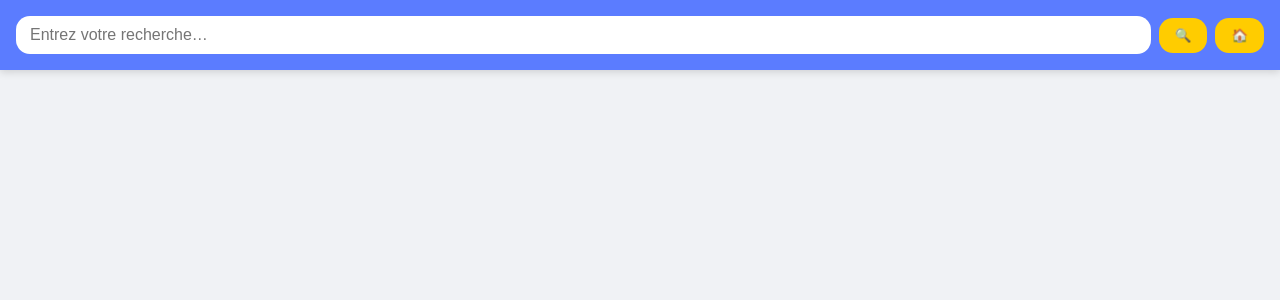
Repository: nlagardere/OpenHand
Page: apps/internet/internet.html
The author's editor kept a copy of each file at every save. The page is drawn from the files as they stood at one save, then again after the next save.
The browser window is 1280 px wide. The pictures show the whole page.

Above is the page before, as saved 2026-01-30 21:36:43.

### apps/internet/internet.html
<!DOCTYPE html>
<html lang="fr">
<head>
<meta charset="UTF-8">
<title>Navigateur - OpenHand</title>
<style>
body {
  margin:0;
  height:100vh;
  display:flex;
  flex-direction:column;
  font-family: system-ui, sans-serif;
  background:#f0f2f5;
}

header {
  height:70px;
  display:flex;
  align-items:center;
  padding:0 16px;
  background:#5b7cff;
  color:white;
  font-size:20px;
  font-weight:600;
  box-shadow:0 2px 8px rgba(0,0,0,.15);
  gap:8px;
}

header input {
  flex:1;
  padding:10px 14px;
  border-radius:14px;
  border:none;
  font-size:16px;
  outline:none;
}

header button {
  padding:10px 16px;
  border:none;
  border-radius:14px;
  background:#ffcc00;
  cursor:pointer;
  font-weight:600;
}

#iframeContainer {
  flex:1;
  display:flex;
}

#iframeContainer iframe {
  width:100%;
  height:100%;
  border:none;
}
</style>
</head>
<body>

<header>
  <input type="text" id="searchBox" placeholder="Entrez votre recherche…">
  <button id="searchBtn">🔍</button>
  <button id="homeBtn">🏠</button>
</header>

<div id="iframeContainer">
  <iframe id="browserFrame" src=""></iframe>
</div>

<script>
const searchBox = document.getElementById("searchBox");
const searchBtn = document.getElementById("searchBtn");
const homeBtn = document.getElementById("homeBtn");
const browserFrame = document.getElementById("browserFrame");

// Choisis ton moteur ici
const searchEngine = "https://lite.duckduckgo.com/lite/?q=";


// Rechercher à partir de l’input
searchBtn.addEventListener("click", () => {
  const query = encodeURIComponent(searchBox.value.trim());
  if(query) {
    browserFrame.src = searchEngine + query;
  }
});

// Rechercher en appuyant sur Enter
searchBox.addEventListener("keydown", (e) => {
  if(e.key === "Enter") searchBtn.click();
});

// Bouton home → retour au vide
homeBtn.addEventListener("click", () => {
  browserFrame.src = "";
  searchBox.value = "";
});
</script>

</body>
</html>

After the next save:
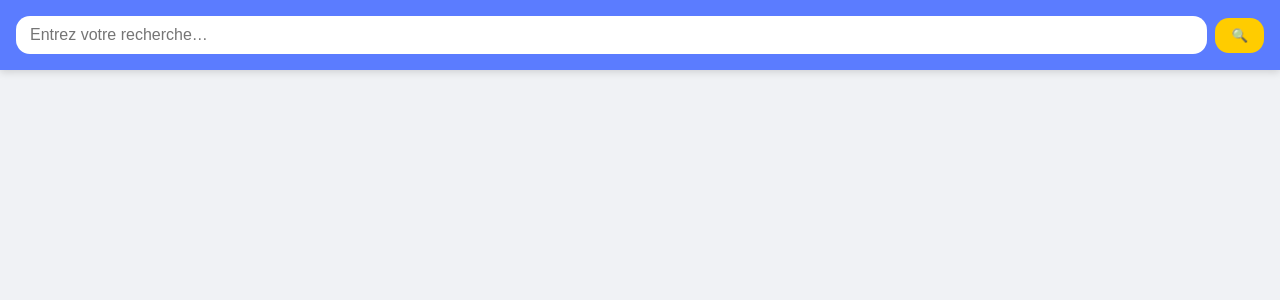
Saved 66 s later.
--- a/apps/internet/internet.html
+++ b/apps/internet/internet.html
@@ -43,17 +43,6 @@ header button {
   cursor:pointer;
   font-weight:600;
 }
-
-#iframeContainer {
-  flex:1;
-  display:flex;
-}
-
-#iframeContainer iframe {
-  width:100%;
-  height:100%;
-  border:none;
-}
 </style>
 </head>
 <body>
@@ -61,40 +50,27 @@ header button {
 <header>
   <input type="text" id="searchBox" placeholder="Entrez votre recherche…">
   <button id="searchBtn">🔍</button>
-  <button id="homeBtn">🏠</button>
 </header>
-
-<div id="iframeContainer">
-  <iframe id="browserFrame" src=""></iframe>
-</div>
 
 <script>
 const searchBox = document.getElementById("searchBox");
 const searchBtn = document.getElementById("searchBtn");
-const homeBtn = document.getElementById("homeBtn");
-const browserFrame = document.getElementById("browserFrame");
 
-// Choisis ton moteur ici
-const searchEngine = "https://lite.duckduckgo.com/lite/?q=";
+// Choisis ton moteur ici : Google, Bing, DuckDuckGo…
+const searchEngine = "https://www.google.com/search?q=";
 
-
-// Rechercher à partir de l’input
+// Recherche
 searchBtn.addEventListener("click", () => {
   const query = encodeURIComponent(searchBox.value.trim());
   if(query) {
-    browserFrame.src = searchEngine + query;
+    // Ouvre dans un nouvel onglet / fenêtre
+    window.open(searchEngine + query, "_blank");
   }
 });
 
-// Rechercher en appuyant sur Enter
+// Recherche au Enter
 searchBox.addEventListener("keydown", (e) => {
   if(e.key === "Enter") searchBtn.click();
-});
-
-// Bouton home → retour au vide
-homeBtn.addEventListener("click", () => {
-  browserFrame.src = "";
-  searchBox.value = "";
 });
 </script>
 
